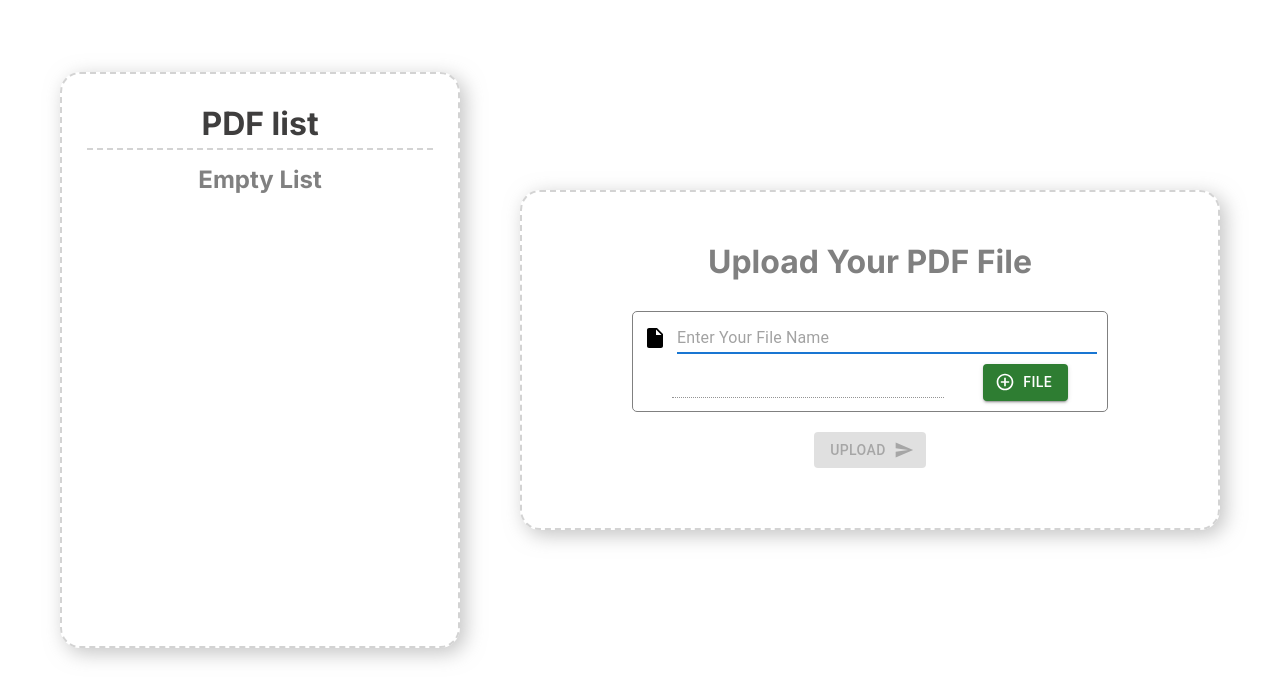
Repository: BhushanPatil-121/pdf-upload-nextjs
Page: /
These files come from the project's save history. The page is drawn as it stood at one moment and after a run of saves; the edit follows.
The browser window is 1280 px wide. The pictures show the whole page.
The page's requests for data from a server got no answer. The project was rebuilt for these pictures with package versions that can differ from the ones it lists, and the page was loaded fresh each time. The framework's server and built-in components were replaced by stand-ins that run in the browser. No one was signed in, and anything a server would have sent is missing. Also part of the build but not shown: next.config.mjs.

Above is the page before, as saved 2024-02-29 23:28:55.

### src/app/page.tsx
"use client"
import AddCircleOutlineIcon from '@mui/icons-material/AddCircleOutline';
import InsertDriveFileIcon from '@mui/icons-material/InsertDriveFile';
import SendIcon from '@mui/icons-material/Send';
import LoadingButton from '@mui/lab/LoadingButton';
import { Box, TextField } from "@mui/material";
import Button from '@mui/material/Button';
import { styled } from '@mui/material/styles';
import { useEffect, useState } from 'react';
import styles from "./page.module.css";
import { pdfToBlob } from "./utils/pdfToBlob";
import prisma from '@/lib/prisma';
import Link from 'next/link';
const VisuallyHiddenInput = styled('input')({
  clip: 'rect(0 0 0 0)',
  clipPath: 'inset(50%)',
  height: 1,
  overflow: 'hidden',
  position: 'absolute',
  bottom: 0,
  left: 0,
  whiteSpace: 'nowrap',
  width: 1,
});

interface PdfList {
  id: number;
  fileName: string;
  pdf: string;
  uploadedAt: Date;
}
export default function Home() {
  const [loading, setLoading] = useState(false);
  const [fileName, setFileName] = useState<string>("")
  const [defaultFileName, setDefaultFileName] = useState<string>("")
  const [file, setFile] = useState<string | ArrayBuffer | null>("")
  const [pdfList, setPdfList] = useState<PdfList[]>([])

  useEffect(() => {
    const getPdfList = async () => {
      let pdfList:any = await fetch("/api" , {
        method: "GET",
      })
      pdfList =await pdfList.json();
      // console.log(pdfList.fileList);

      setPdfList(pdfList.fileList)
    }
    getPdfList()
  }, [])


  const clearField = () => {
    setFileName("")
    setDefaultFileName("")
    setFile("")
  }
  const handleClick = async (e: any) => {
    e.preventDefault();
    setLoading(true);

    const formData = new FormData();
    formData.append('fileName', fileName);
    formData.append('file', file as unknown as string);

    try {
      let body = await fetch("/api", {
        method: "POST",
        body: formData,
      });
      const result = await body.json();

      if (result.status === "200") {
        setLoading(false)
        alert('PDF uploaded successfully')
        clearField();
      } else if (result.status === "409") {
        setLoading(false)
        alert('File Name Already Exists')
        clearField();
      } else {
        setLoading(false)
        alert('Fail To Upload PDF')
        clearField();
      }
    } catch (error) {
      alert('ERROR! Failed to upload PDF')
      console.error('Error uploading PDF:', error);
      clearField();
    }
  }

  const handleFileChange = async (e: React.ChangeEvent<HTMLInputElement>) => {
    const file: File | undefined = e.target.files?.[0];
    if (file) {
      setDefaultFileName(file.name)
      const dataBlob = await pdfToBlob(file);
      const f = new File([dataBlob], file.name, { type: dataBlob.type })
      const fr = new FileReader();
      fr.readAsDataURL(f)
      fr.onload = () => {
        const re = fr.result;
        setFile(re)
      }
    }
  };
  return (
    <main className={styles.main}>
      <div className={styles.pdfListContainer}>
        <div className={styles.listHeadingDiv}>
          <h1>PDF list</h1>
        </div>
        <div className={styles.pdfListDiv}>
          {
           pdfList.length>0 ?  pdfList.map((item) => (
              <h2 className={styles.listTitle} key={item.id}>
                <Link href={`/pdffile/${item.fileName}`} target='_blank'>
                {item.fileName}
                </Link>
              </h2>
            )):<h2 className={styles.listTitle} >Empty List</h2>
          }
        </div>
      </div>
      <div className={styles.mainContainer}>
        <h1 className={styles.mainHeading}>Upload Your PDF File</h1>
        <form className={styles.mainForm}>
          <div className={styles.mainFormContainer}>
            <div className={styles.mainFormSubContainer1}>
              <InsertDriveFileIcon />
              <Box sx={{ width: '100%' }}>
                <TextField
                  id="standard-basic"
                  fullWidth
                  placeholder="Enter Your File Name"
                  value={fileName}
                  autoFocus
                  onChange={(e) => { setFileName(e.target.value.trim()) }}
                  variant="standard" />
              </Box>
            </div>
            <div className={styles.mainFormSubContainer2}>
              <Box sx={{ width: '60%' }}>
                <TextField
                  id="standard-multiline-static"
                  multiline
                  fullWidth
                  rows={1}
                  disabled
                  variant="standard"
                  value={defaultFileName}
                />
              </Box>
              <Button
                startIcon={<AddCircleOutlineIcon />}
                component="label"
                role={undefined}
                variant="contained"
                tabIndex={-1}
                color={file ? "error" : "success"}
              >file
                <VisuallyHiddenInput
                  onChange={handleFileChange}
                  type="file" accept="application/pdf" />
              </Button>
            </div>
          </div>
          <LoadingButton
            onClick={handleClick}
            endIcon={<SendIcon />}
            loading={loading}
            disabled={fileName.length < 1}
            loadingPosition="end"
            variant="contained">
            {
              loading ? "Uploading..." : "Upload"
            }
          </LoadingButton>
        </form>
      </div>
    </main>
  );
}

### src/app/globals.css


* {
  box-sizing: border-box;
  padding: 0;
  margin: 0;
}

html,
body {
  max-width: 100vw;
  overflow-x: hidden;
}


a {
  color: inherit;
  text-decoration: none;
}

### src/app/page.module.css
.main {
  display: flex;
  flex-direction: row;
  justify-content: space-evenly;
  align-items: center;
  padding: 4rem 0;
  min-height: 100vh;
  background-color: rgb(255, 255, 255);
}
.pdfListContainer{
  color: rgb(63, 62, 62);
  height: 80vh;
  text-align: center;
  width: 400px;
  border-radius: 20px;
  padding: 20px;
  border: dashed 2px lightgrey;
  box-shadow: 5px 5px 20px rgba(143, 142, 142, 0.534);

}
.listHeadingDiv{
  display: flex;
  padding: 5px;
  justify-content: center;
  align-self: center;
  margin: 5px;
  border-bottom: dashed 2px lightgrey;
}
.pdfListDiv{
  height: 90%;
  padding: 5px;
  margin: 5px;
  overflow-y: scroll;
  display: flex;
  flex-direction: column;
  justify-content: flex-start;
  align-items: center;
}
.listTitle{
  color: grey;
  margin: 5px;
  width: 100%;
  pa
  border-bottom: solid 2px lightgrey;

}
.mainContainer {
  width: 700px;
  display: flex;
  flex-direction: column;
  justify-content: center;
  align-items: center;
  padding: 50px 100px;
  border-radius: 20px;
  border: dashed 2px lightgrey;
  box-shadow: 5px 5px 20px rgba(143, 142, 142, 0.534);
}

.mainHeading {
  color: grey;
  text-align: center;
}

.mainForm {
  display: flex;
  flex-direction: column;
  align-items: center;
  justify-content: center;
  width: 100%;
  padding: 10px;
  border-radius: 10px;
}

.mainFormContainer {
  display: flex;
  flex-direction: column;
  align-items: center;
  justify-content: center;
  width: 100%;
  height: 100%;
  border: 1px solid grey;
  border-radius: 5px;
  padding: 10px;
  gap: 10px;
  margin: 20px;
}

.mainFormSubContainer1 {
  display: flex;
  flex-direction: row;
  align-items: center;
  justify-content: center;
  gap: 10px;
  width: 100%;
}

.mainFormSubContainer2 {
  display: flex;
  flex-direction: row;
  align-items: center;
  justify-content: space-evenly;
  gap: 10px;
  width: 100%;

}

@media screen and (max-width: 768px){
  .mainContainer{
    width: inherit;
    padding: 50px 50px;
  }
  .mainFormSubContainer2{
    flex-direction: column;
  }
}

### src/app/utils/pdfToBlob.ts
export const pdfToBlob =  (file: File): Promise<Blob> => {
    return new Promise((resolve, reject) => {
      const reader = new FileReader();
      reader.onload = () => {
        if (reader.result instanceof ArrayBuffer) {
          const blob = new Blob([reader.result], { type: file.type });
          resolve(blob);
        } else {
          reject(new Error('Unable to read file'));
        }
      };
      reader.onerror = reject;
      reader.readAsArrayBuffer(file);
    });
  }

Loaded but not shown: src/app/layout.tsx (common file)

After the next 2 saves:
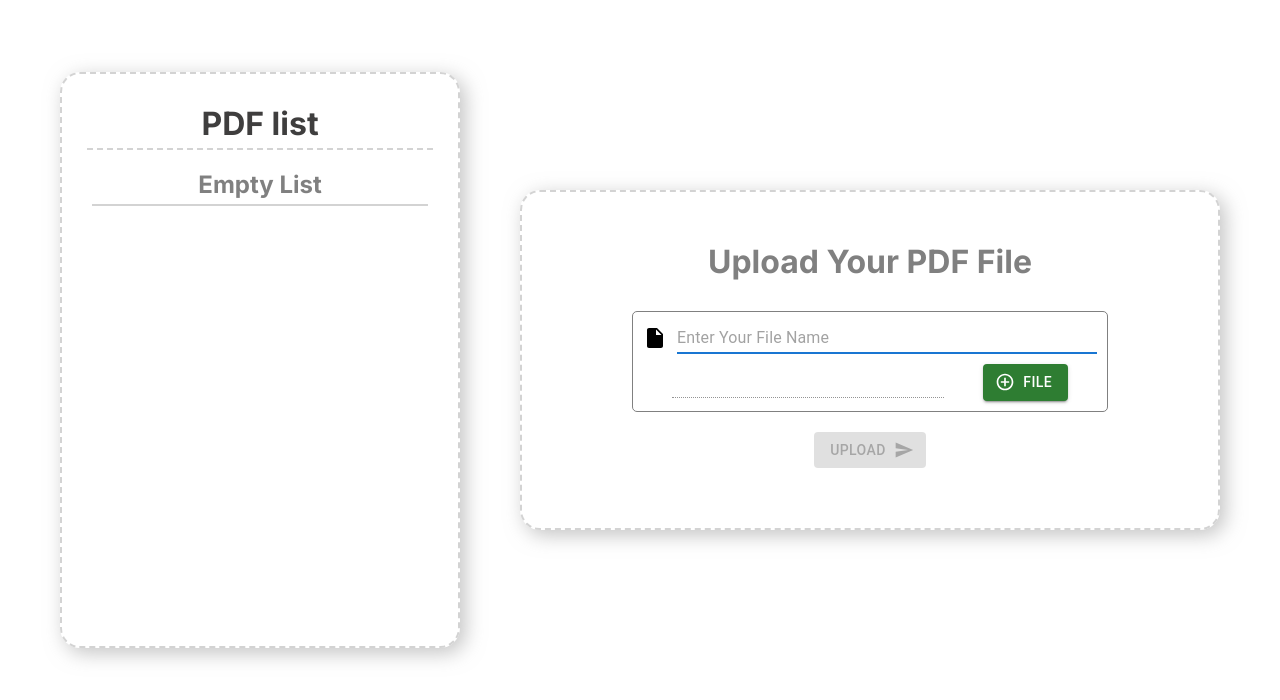
The 2 saves are shown as one change because they came seconds apart.
The last was saved 6 s later.
--- a/src/app/page.module.css
+++ b/src/app/page.module.css
@@ -40,7 +40,7 @@
   color: grey;
   margin: 5px;
   width: 100%;
-  pa
+  padding: 5px;
   border-bottom: solid 2px lightgrey;
 
 }
